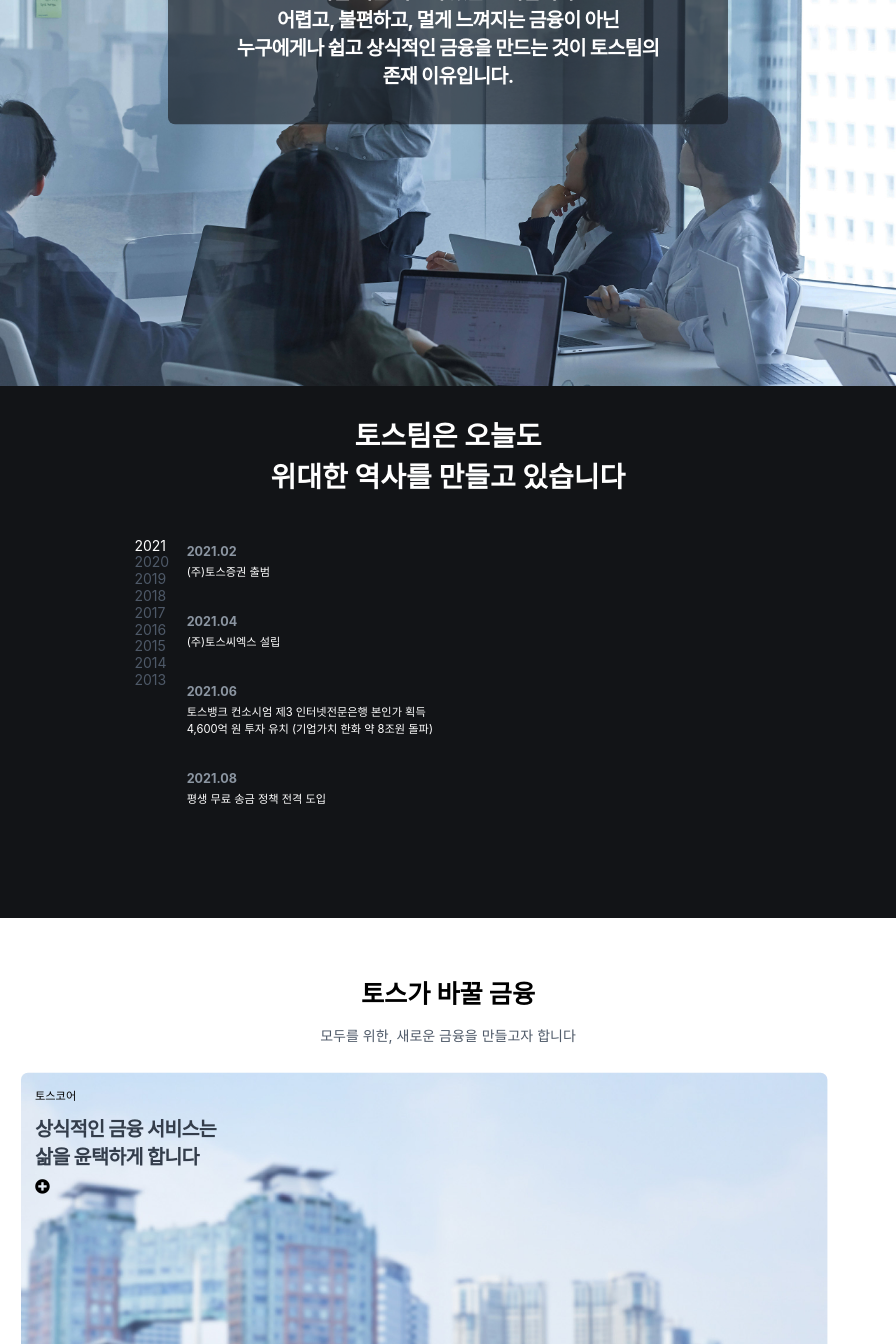
Repository: Tossproject/tossProject
Page: common/intro.html
An editor plug-in stored every save of this project. The page is shown before and after the next save, followed by the edit.
The browser window is 1280 px wide. The pictures show the part of the page from y = 1608 to 3528 px (the page is 8377 px tall), at 70% of full size.
A picture or video elsewhere on the page could not be fetched, so the positions and the page height are approximate.

Above is the page before, as saved 2022-01-09 11:44:20.

### common/intro.html
<!DOCTYPE html>
<html lang="ko">

<head>
    <meta charset="UTF-8">
    <meta http-equiv="X-UA-Compatible" content="IE=edge">
    <meta name="viewport" content="width=device-width, initial-scale=1.0">
    <title>토스팀 소개</title>
    <link rel="stylesheet" href="../css/common.css">
    <link rel="shortcut icon" href="https://static.toss.im/tds/favicon/favicon.ico">
    <link rel="stylesheet" href="../css/intro.css">
    <link rel="stylesheet" href="https://use.fontawesome.com/releases/v5.15.4/css/all.css" integrity="sha384-DyZ88mC6Up2uqS4h/KRgHuoeGwBcD4Ng9SiP4dIRy0EXTlnuz47vAwmeGwVChigm" crossorigin="anonymous">
</head>
</head>

<body>
    <div class="container">
        <!-- header -->
        <header>
            <nav class="toss_nav">
                <div class="navicon">
                    <a href="#" class="logo"><img src="../images/logo.svg" alt="toss"></a>
                    <div class="trigger">
                        <span class="icon"></span>
                        <span class="icon2"></span>
                    </div>
                </div>
                <ul>
                    <li><a href="#">회사 소개</a></li>
                    <li><a href="#">고객 센터</a></li>
                    <li><a href="#">자주 묻는 질문</a></li>
                    <li><a href="#">공동인증서 관리</a></li>
                    <li><a href="#">채용</a></li>
                </ul>
            </nav>
        </header>
        <!--섹션 1-->
        <section>
            <div class="first-section">
                <div class="txt">
                   <p> 금융, 그 이상의<br>역사를 만들고 있습니다<br></p>
                    <i class="fas fa-chevron-down"></i>
                </div>
            </div>
        </section>

        <!--섹션 2-->
        <section>
            <div class="second-section">
                <h4>변화를 열망하는 사람들이 모여,<br>역사에 남을만한 변화를 만듭니다.</h4>
                <ul>
                    <li>
                        <p>누적 가입자 수</p>
                        <h3>2,100만 +</h3>
                    </li>
                    <li class="mr">
                        <p>누적 투자금액</p>
                        <h3>1조원 +</h3>
                    </li>
                    <li>
                        <p>전체 팀원 수</p>
                        <h3>1,300명 +</h3>
                    </li>
                    <li class="mr">
                        <p>출시 서비스 수</p>
                        <h3>50개 +</h3>
                    </li>
                    <li class="pl">
                        <span>2021년 11월 기준</span>
                    </li>
                </ul>
            </div>
        </section>

        <!--섹션 3-->
        <section>
            <div class="third-section">
                <div class="modal">
                    <h4>Team Mission</h4>
                    <p>토스팀은 바꾸고 싶은 세상의 모습이 있고 생각만 해도<br>가슴 뛰는 목표가 있는 조직입니다. <br>어렵고, 불편하고, 멀게 느껴지는 금융이 아닌<br>누구에게나 쉽고 상식적인 금융을 만드는 것이 토스팀의 존재 이유입니다.</p>
                </div>
            </div>
        </section>

        <!--섹션 4-->
        <section>
            <div class="fourth-section">
                <h3>토스팀은 오늘도 <br>위대한 역사를 만들고 있습니다</h3>
                <div class="annual-wrapper">
                    <ul class="year-tab">
                        <li class="year-active">2021</li>
                        <li>2020</li>
                        <li>2019</li>
                        <li>2018</li>
                        <li>2017</li>
                        <li>2016</li>
                        <li>2015</li>
                        <li>2014</li>
                        <li>2013</li>
                    </ul>
                    <div class="annual-contents">
                        <ul>
                            <li>
                                <span>2021.02</span>
                                <p>(주)토스증권 출범</p>
                            </li>
                            <li>
                                <span>2021.04</span>
                                <p>(주)토스씨엑스 설립</p>
                            </li>
                            <li>
                                <span>2021.06</span>
                                <p>토스뱅크 컨소시엄 제3 인터넷전문은행 본인가 획득<br>4,600억 원 투자 유치 (기업가치 한화 약 8조원 돌파)</p>
                            </li>
                            <li>
                                <span>2021.08</span>
                                <p>평생 무료 송금 정책 전격 도입</p>
                            </li>
                        </ul>
                    </div>
                </div>
            </div>
        </section>

        <!--섹션 5-->
        <section>
            <div class="fifth-section">
                <div class="finance">
                    <h3>토스가 바꿀 금융</h3>
                    <p>모두를 위한, 새로운 금융을 만들고자 합니다</p>
                </div>
                <ul>
                    <li>
                        <div class="contents core">
                            <p>토스코어</p>
                            <h4>상식적인 금융 서비스는 <br>삶을 윤택하게 합니다</h4>
                            <i class="fas fa-plus-circle fa-lg"></i>
                        </div>
                    </li>
                    <li>
                        <div class="contents stock">
                            <p>토스증권</p>
                            <h4>투자, 쉽게 시작하고 즐길 수<br>있는 문화가 됩니다</h4>
                            <i class="fas fa-plus-circle fa-lg"></i>
                        </div>
                    </li>
                    <li>
                        <div class="contents pay">
                            <p>토스페이먼츠</p>
                            <h4>결제산업의 새로운 미래를 <br>제시합니다</h4>
                            <i class="fas fa-plus-circle fa-lg"></i>
                        </div>
                    </li>
                    <li>
                        <div class="contents insure">
                            <p>토스인슈어런스</p>
                            <h4>궁극적인 목표는 <br>고객이 만족하는 것</h4>
                            <i class="fas fa-plus-circle fa-lg"></i>
                        </div>
                    </li>
                    <li>
                        <div class="contents bank">
                            <p>토스뱅크</p>
                            <h4>포용과 혁신의 은행을 <br>지향합니다</h4>
                            <i class="fas fa-plus-circle fa-lg"></i>
                        </div>
                    </li>
                    <li>
                        <div class="contents c-ex">
                            <p>토스씨엑스</p>
                            <h4>고객 경험을 <br>최우선으로 생각합니다</h4>
                            <i class="fas fa-plus-circle fa-lg"></i>
                        </div>
                    </li>
                </ul>
            </div>
        </section>

        <!--섹션 6-->
        <section>
            <div class="sixth-section">
                <h3>세계적인 투자자들이 <br>토스팀과 함께합니다</h3>
                <div class="investor">
                    <img src="../images/logo-aspex.jpg" alt="ASPEX MANAGEMENT">
                    <img src="../images/logo-bessemer.jpg" alt="Bessemer Venture Partners">
                    <img src="../images/logo-paypal.jpg" alt="PayPal">
                    <img src="../images/logo-goodwater.jpg" alt="GOODWATER CAPITAL">
                    <img src="../images/logo-kp.jpg" alt="KLEINER PERKINS">
                    <img src="../images/logo-altos.jpg" alt="ALTOS VENTURES">
                    <img src="../images/logo-gic.jpg" alt="GIC">
                    <img src="../images/logo-ribbit.jpg" alt="Ribbit Capital">
                </div>
            </div>
        </section>

        <!--섹션 7-->
        <section>
            <div class="seventh-section">
                <h3>언론 속의 토스</h3>
                <nav>
                    <ul>
                        <li class="news-active">2021</li>
                        <li>2020</li>
                        <li>2019</li>
                        <li>2018</li>
                        <li>2017</li>
                    </ul>
                </nav>
                <div class="news-contents">
                    <ul>
                        <li>
                            <a href="https://www.hankyung.com/economy/article/2021062395441">
                                <p><span>한국경제</span> 2021.06</p>
                                <h4>토스, 기업가치 8조로... '데카콘' 눈앞</h4>
                            </a>
                        </li>
                        <li>
                            <a href="https://www.mk.co.kr/news/economy/view/2021/06/558615">
                                <p><span>매일경제</span> 2021.06</p>
                                <h4>"학생 주부도 맘놓고 대출" 9월 문여는 토스뱅크, 중저신용자 대출 승부수</h4>
                            </a>
                        </li>
                        <li>
                            <a href="https://www.chosun.com/economy/stock-finance/2021/06/10/IRKKDBHR6NDEHAS6XPORIJ7Q24/?utm_source=naver&utm_medium=referral&utm_campaign=naver-news">
                                <p><span>조선일보</span> 2021.06</p>
                                <h4>20대 80% 쓰는 토스, 은행된다... "세계 첫 슈퍼 금융앱 기대하라"</h4>
                            </a>
                        </li>
                        <li>
                            <a href="https://www.edaily.co.kr/news/read?newsId=02414086629013496&mediaCodeNo=257&OutLnkChk=Y">
                                <p><span>이데일리</span> 2021.04</p>
                                <h4>토스, 지난해 매출 4000억 육박 ... "올해 매출 1조원 도전"</h4>
                            </a>
                        </li>
                        <li>
                            <a href="https://www.sedaily.com/NewsView/22ILDBO5VD">
                                <p><span>서울경제</span> 2021.02</p>
                                <h4>'토스가 핀테크 유니콘 되기까지' 오리지널 다큐멘터리 공개</h4>
                            </a>
                        </li>
                        <li>
                            <a href="http://news.heraldcorp.com/view.php?ud=20210203000264">
                                <p><span>헤럴드경제</span> 2021.02</p>
                                <h4>'모바일·초보·밀레니얼' 3박자 갖춘 토스증권 출범</h4>
                            </a>
                        </li>
                    </ul>
                </div>
                <button type="button">공식 보도자료 보기</button>
            </div>
        </section>

        <!-- footer -->
        <footer>
            <div class="footerbox">

                <!-- footer_top -->
                <div class="footer_top">
                    <ul class="list_service">
                        <li class="title">서비스</li>
                        <li><a href="#">공지사항</a></li>
                        <li><a href="#">자주 묻는 질문</a></li>
                        <li><a href="#">공동인증서 관리</a></li>
                        <li><a href="#">계정 일시잠금</a></li>
                        <li><a href="#">고객센터</a></li>
                        <li><a href="#">브랜드리소스센터</a></li>
                    </ul>
                    <ul class="list_company">
                        <li class="title">회사</li>
                        <li><a href="#">회사 소개</a></li>
                        <li><a href="#">토스페이먼츠</a></li>
                        <li><a href="#">토스인슈어런스</a></li>
                        <li><a href="#">토스증권</a></li>
                        <li><a href="#">토스씨엑스</a></li>
                        <li><a href="#">토스뱅크</a></li>
                        <li><a href="#">채용</a></li>
                        <li><a href="#">블로그</a></li>
                        <li><a href="#">공고</a></li>
                    </ul>
                    <ul class="list_inquire">
                        <li class="title">문의</li>
                        <li><a href="#">사업 제휴</a></li>
                        <li><a href="#">광고 문의</a></li>
                        <li><a href="#">인증 사업 문의</a></li>
                        <li><a href="#">마케팅·PR</a></li>
                        <li><a href="#">IR</a></li>
                    </ul>
                    <ul class="list_center">
                        <li class="title">고객센터</li>
                        <li><a href="#">전화: 1599-49-5 (24시간 연중무휴)</a></li>
                        <li><a href="#">이메일(고객전용): support@toss.im</a></li>
                        <li><a href="#">이메일(외부기관전용): support-af@toss.im</a></li>
                        <li><a href="#">민원 접수</a></li>
                    </ul>
                </div>

                <!-- footer_bottom -->
                <div class="footer_bottom">
                    <!-- footer_bottom_infobox -->
                    <div class="infobox">
                        <p><strong>(주)비바리퍼블리카</strong></p>
                        <p>
                            사업자 등록번호 : 120-88-01280 | 대표 : 이승건<br>
                            호스팅 서비스 : 주식회사 비바리퍼블리카 | 통신판매업 신고번호 : 2014-서울강남-03377 <a href="#">사업자정보확인</a><br>
                            06236 서울특별시 강남구 테헤란로 142, 12층 (역삼동, 아크플레이스)<br>
                            고객센터 : 서울특별시 강남구 테헤란로 133, 8층 (역삼동, 한국타이어빌딩)
                        </p>
                    </div>

                    <!-- footer_bottom_smaillListbox -->
                    <div class="smallListbox">
                        <ul class="smallList">
                            <li><a href="#">서비스 이용약관</a></li>
                            <li><a href="#">통합 금융정보 서비스 약관</a></li>
                            <li><a href="#">이용자의 권리 및 유의사항</a></li>
                            <li><a href="#"><strong>개인정보 처리방침</strong></a></li>
                            <li><a href="#"><strong>채용팀 개인정보 처리방침</strong></a></li>
                            <li><a href="#">영상정보처리기기 운영 관리 방침</a></li>
                            <li><a href="#">위치기반서비스 이용약관</a></li>
                            <li><a href="#">가맹점 고지사항</a></li>
                            <li><a href="#">토스 전자서명인증업무준칙</a></li>
                            <li><a href="#">토스인증 서비스 약관</a></li>
                            <li><a href="#">금융소비자보호</a></li>
                        </ul>
                    </div>

                    <!-- footer_bottom_snsbox -->
                    <div class="snsbox">
                        <ul class="sns">
                            <li><a href="#"><img src="../images/icn-facebook.svg"></a></li>
                            <li><a href="#"><img src="../images/icn-blog.svg"></a></li>
                            <li><a href="#"><img src="../images/icn-naver.svg"></a></li>
                            <li><a href="#"><img src="../images/icn-twitter.svg"></a></li>
                            <li><a href="#"><img src="../images/icn-instagram.svg"></a></li>
                        </ul>
                    </div>
                </div>
            </div>
        </footer>
    </div>

    <script src="https://code.jquery.com/jquery-3.6.0.min.js"
        integrity="sha256-/xUj+3OJU5yExlq6GSYGSHk7tPXikynS7ogEvDej/m4=" crossorigin="anonymous"></script>
    <script>
        /* nav */
        $(".trigger").on("click", function () {

            if ($(".icon2").css("display") == "none") {
                $(".icon2").css("display", "block").css("backgroundSize", "100% 21px").css("transform", "translate(-50%, -50%) rotate(45deg)");
                $(".icon").css("backgroundSize", "100% 21px").css("transform", "translate(15%, 71%) rotate(-45deg)");
                $(".toss_nav ul").slideDown(300, "swing");

            } else if ($(".icon2").css("display") == "block") {
                $(".icon2").css("display", "none");
                $(".icon").css("backgroundSize", "100% 8px").css("transform", "none");
                $(".toss_nav ul").slideUp(300, "swing");
            }
        });
    /* nav */
    </script>
</body>

</html>

### css/intro.css
.first-section {
  background: url("../images/intro1.jpg") no-repeat center;
  background-size: cover;
  width: 100vw;
  height: 100vh;
  color: white;
  position: relative;
}

.first-section .txt {
  font-size: 36px;
  font-weight: bold;
  text-align: center;
  position: absolute;
  bottom: 0;
  right: 0;
  margin-right: 30%;
  margin-bottom: 200px;
}

.first-section .txt i {
  margin-top: 40px;
}

.second-section {
  background: #131418;
  color: white;
  height: 100vh;
  padding: 200px 0;
}

.second-section h4 {
  text-align: center;
  font-size: 28px;
  margin-bottom: 100px;
}

.second-section ul {
  margin-left: 5%;
}

.second-section ul li {
  margin-bottom: 30px;
}

.second-section p {
  color: #b0b8c1;
  letter-spacing: -1px;
  font-size: 17px;
}

.second-section h3 {
  font-size: 40px;
}

.second-section span {
  color: #6b7684;
  font-size: 15px;
  letter-spacing: -1px;
}

.third-section {
  width: 100vw;
  height: 100vh;
  background: url("../images/intro2.jpg") no-repeat center;
  background-size: cover;
}

.third-section .modal {
  background: rgba(26, 30, 36, 0.65);
  width: 90%;
  margin: 0 auto;
  border-radius: 10px;
  padding: 40px 15px;
  text-align: center;
  color: white;
  font-size: 20px;
  font-weight: bold;
  letter-spacing: -1px;
}

.third-section h4 {
  color: #b0b8c1;
  font-weight: normal;
  margin-bottom: 10px;
}

.fourth-section {
  background: #121417;
  color: white;
  padding-bottom: 100px;
}

.fourth-section h3 {
  font-size: 36px;
  padding: 40px;
  margin-bottom: 20px;
}

ul.year-tab {
  display: flex;
  justify-content: space-around;
  border-bottom: 1px solid rgb(78, 89, 104);
  margin-bottom: 20px;
}

ul.year-tab li {
  font-size: 20px;
  color: rgb(78, 89, 104);
}

ul.year-tab li.year-active {
  color: white;
  border-bottom: 2px solid white;
}
.annual-contents {
  padding: 10px 25px;
}

.annual-contents li {
  margin-bottom: 50px;
}

.annual-contents span {
  color: rgb(139, 149, 161);
  font-size: 18px;
  font-weight: bold;
}

.annual-contents p {
  margin-top: 5px;
}

@media screen and (min-width: 768px) {
  .first-section .txt {
    font-size: 72px;
    font-weight: bold;
    text-align: center;
    position: absolute;
    bottom: 0;
    right: 0;
    margin-left: 20%;
    margin-bottom: 200px;
  }
  .first-section .txt p {
    margin-bottom: 100px;
  }
  .first-section .txt i {
    font-size: 36px;
  }

  .second-section h4,
  .second-section ul {
    max-width: 1200px;
  }
  .second-section h4 {
    text-align: left;
    margin-left: 15%;
    font-size: 36px;
  }
  .second-section ul {
    display: flex;
    flex-wrap: wrap;
    margin-left: 15%;
  }
  .second-section li {
    margin-right: 100px;
  }
  .second-section p {
    font-size: 20px;
  }
  .second-section h3 {
    font-size: 66px;
  }
  .second-section li.mr {
    margin-right: 400px;
  }
  .second-section li.pl {
    padding-left: 220px;
  }

  .third-section .modal {
    width: 800px;
    padding: 4% 7.5%;
    font-size: 28px;
    margin: 0 auto;
  }

  .fourth-section h3 {
    text-align: center;
    font-size: 40px;
  }
  .fourth-section .annual-wrapper {
    display: flex;
    margin-left: 15%;
  }
  ul.year-tab {
    display: block;
    border: none;
  }
  ul.year-tab li.year-active {
    border-bottom: none;
  }
}

.fifth-section {
  width: 100vw;
  height: auto;
  padding: 80px 0;
}

.fifth-section li {
  padding-left: 15px;
}

.fifth-section .finance h3 {
  font-size: 36px;
  text-align: center;
  margin-bottom: 20px;
}

.fifth-section .finance p {
  font-size: 20px;
  text-align: center;
  color: #4e5968;
  margin-bottom: 40px;
}

.fifth-section li .contents {
  background-size: cover;
  margin-left: 15px;
  width: 90vw;
  height: 400px;
  border-radius: 10px;
  padding: 20px;
  margin-bottom: 10px;
}

.fifth-section li .core {
  background: url("../images/intro3.jpg") no-repeat center;
  background-size: cover;
}

li .contents h4 {
  color: #333d4b;
  font-size: 28px;
  letter-spacing: -1px;
  margin-top: 15px;
  margin-bottom: 15px;
}

.fifth-section li .stock {
  background: url("../images/intro4.jpg") no-repeat center;
}

.fifth-section li .pay {
  background: url("../images/intro5.jpg") no-repeat center;
}

.fifth-section li .insure {
  background: url("../images/intro6.jpg") no-repeat center;
}

.fifth-section li .bank {
  background: url("../images/intro7.jpg") no-repeat center;
}

.fifth-section li .c-ex {
  background: url("../images/intro8.jpg") no-repeat left center;
}

.sixth-section {
  width: 100vw;
  background-color: #f9fafb;
  padding: 50px 20px;
}

.sixth-section .investor {
  display: flex;
  flex-wrap: wrap;
  justify-content: space-between;
  margin-top: 30px;
}

.sixth-section img {
  width: 180px;
  height: 80px;
  display: block;
}

.sixth-section h3 {
  font-size: 32px;
  text-align: center;
}

.seventh-section {
  padding: 100px 50px;
}

.seventh-section h3 {
  font-size: 32px;
  text-align: center;
  padding: 20px 0;
}

.seventh-section nav ul {
  display: flex;
  font-size: 20px;
  font-weight: bold;
  color: #4e5968;
  margin-bottom: 30px;
}

.seventh-section nav ul li {
  margin-right: 10px;
  padding: 10px 15px;
}

.seventh-section nav ul li.news-active {
  background-color: #f2f4f6;
  border-radius: 20px;
  color: black;
}

.news-contents {
  margin-top: 70px;
}

.news-contents span {
  color: rgb(49, 130, 246);
  margin-right: 10px;
  font-weight: bold;
  letter-spacing: -1px;
}

.news-contents p {
  font-size: 14px;
  color: rgb(176, 184, 193);
  font-weight: 500;
}

.news-contents h4 {
  color: rgb(51, 61, 75);
  padding: 7px 0;
  margin-bottom: 40px;
  font-size: 20px;
}

.news-contents li {
  border-bottom: 1px solid rgba(69, 79, 93, 0.07);
  margin-bottom: 30px;
}

.seventh-section button {
  display: block;
  padding: 15px;
  margin: 0 auto;
  border-radius: 8px;
  border: none;
  margin-top: 70px;
  font-size: 15px;
  font-weight: bold;
  color: #4e5968;
  cursor: pointer;
}

Loaded but not shown: css/common.css (370 lines, source omitted)

After the next save:
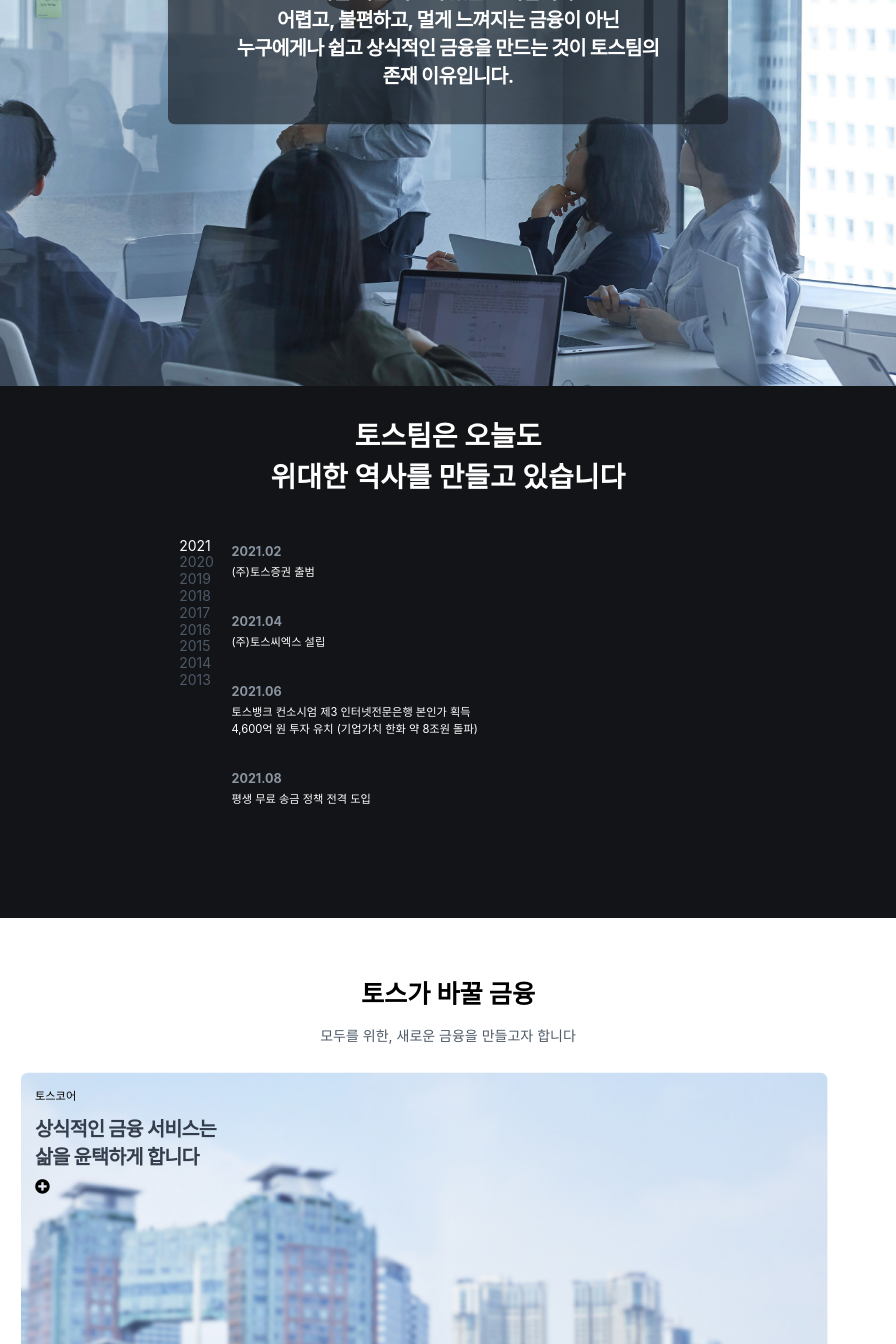
Saved 14 s later.
--- a/css/intro.css
+++ b/css/intro.css
@@ -192,7 +192,7 @@
   }
   .fourth-section .annual-wrapper {
     display: flex;
-    margin-left: 15%;
+    margin-left: 20%;
   }
   ul.year-tab {
     display: block;
